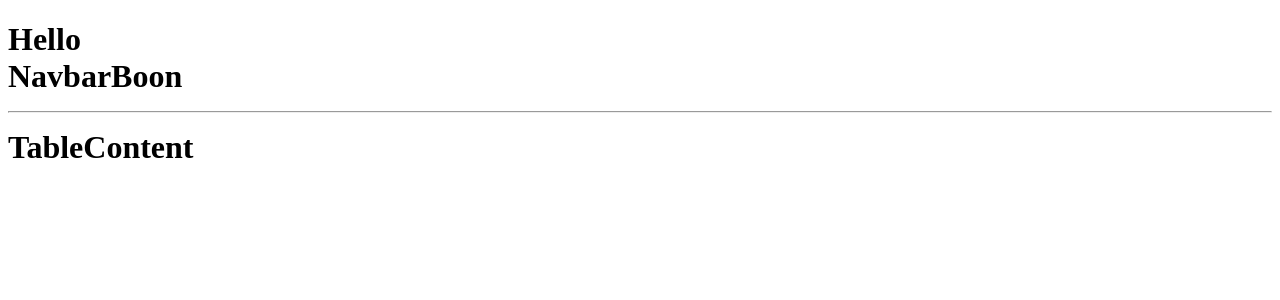
Repository: supakorn5039-boon/React-s
Page: /
These files come from the project's save history. The page is drawn as it stood at one moment and after a run of saves; the edit follows.
The browser window is 1280 px wide. The pictures show the whole page.
The project was rebuilt for these pictures with package versions that can differ from the ones it lists, and the page was loaded fresh each time. Also part of the build but not shown: vite.config.js.

Above is the page before, as saved 2024-01-08 23:48:14.

### src/App.jsx
import Navbar from "./components/Navbar";
import TableContent from "./components/TableContent";

export default function App() {
  var name = "Boon";

  const handleShow = () => {
    console.log("Click");
  };


  return (
    <h1>
      Hello
      <Navbar text={name} handleShow={handleShow} />
      <hr />
      <TableContent />
    </h1>
  );
}

### src/components/Navbar.jsx
export default function Navbar(props) {
  // eslint-disable-next-line react/prop-types
  return (
    <div>
      Navbar

       {props.text}
    </div>
  );
}

### src/components/TableContent.jsx
export default function TableContent() {
  return <div>TableContent</div>;
}

Loaded but not shown: index.html (common file); src/main.jsx (common file)

After the next 2 saves:
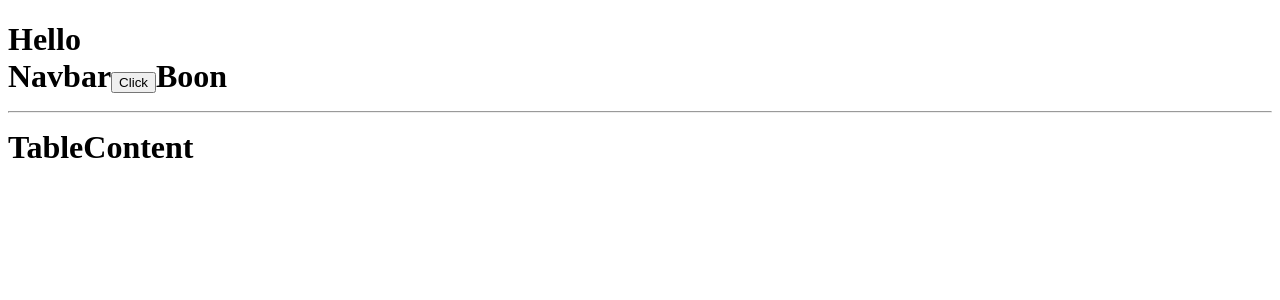
The 2 saves are shown as one change because 1 did not build or start.
The last was saved 10 s later.
--- a/src/components/Navbar.jsx
+++ b/src/components/Navbar.jsx
@@ -3,7 +3,7 @@ export default function Navbar(props) {
   return (
     <div>
       Navbar
-
+        <button>Click</button>
        {props.text}
     </div>
   );
